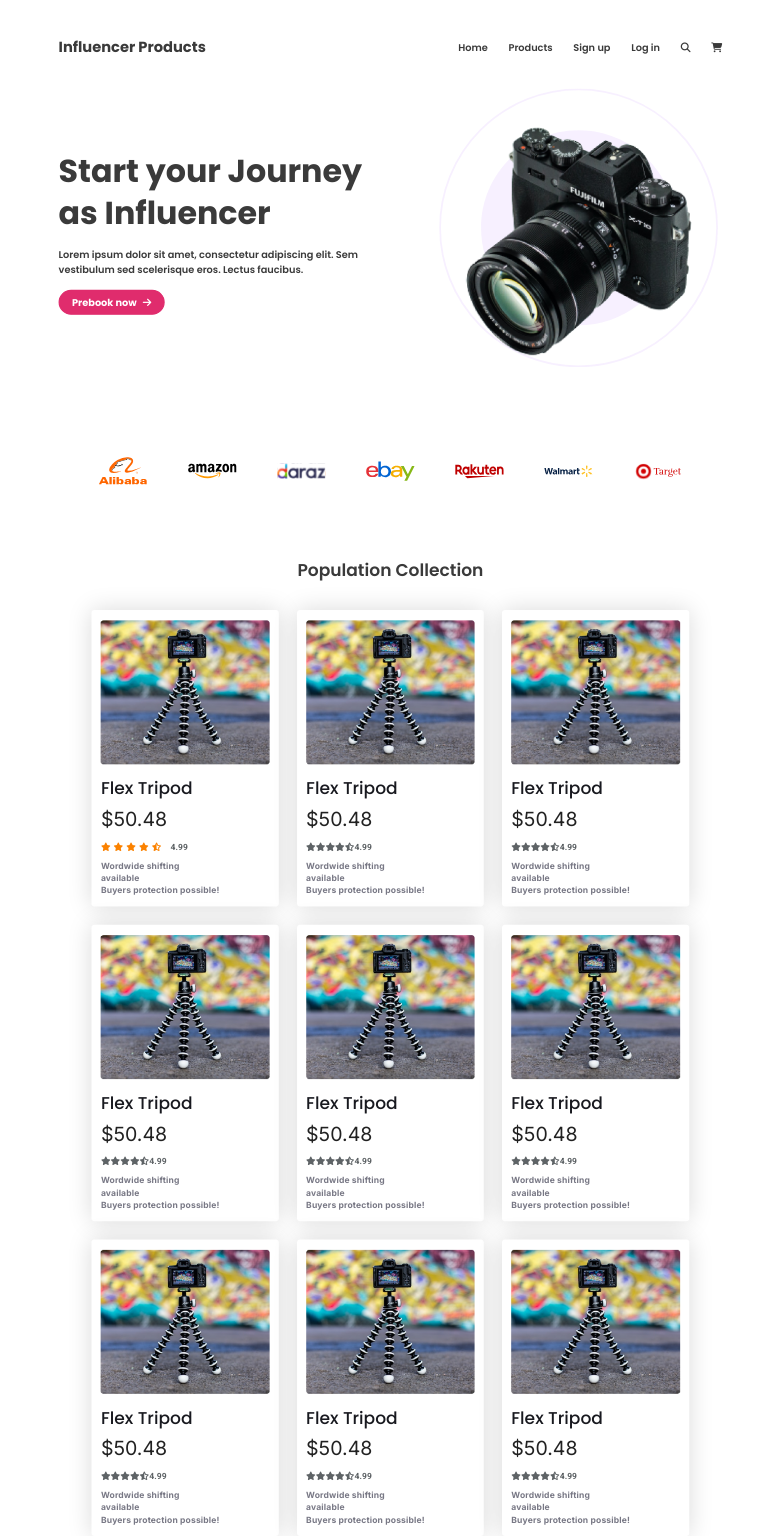
Repository: ShouravAhammed/Influencer-Gear-webpage
Page: index.html
An editor plug-in stored every save of this project. The page is shown before and after the next save, followed by the edit.
The browser window is 1280 px wide. The pictures show the whole page, at 61% of full size.
Some web libraries are served in a nearby version.

Above is the page before, as saved 2024-01-15 03:19:50.

### index.html
<!DOCTYPE html>
<html lang="en">
<head>
    <meta charset="UTF-8">
    <meta name="viewport" content="width=device-width, initial-scale=1.0">
    <!-- title -->
    <title>Influencer Gear</title>
    <!-- linked css -->
    <link rel="stylesheet" href="Style/style.css">
    <!-- fonts icon linked  -->
    <script src="https://kit.fontawesome.com/0d98d502eb.js" crossorigin="anonymous"></script>
</head>
<body>
    <!-- header part start-->
    <header class="header">
        <div class="container">
            <div class="navigation">
                <h3 class="nav-icon">Influencer Products</h3>
                <ul class="nav">
                    <li><a href="">Home</a></li>
                    <li><a href="">Products</a></li>
                    <li><a href="">Sign up</a></li>
                    <li><a href="">Log in</a></li>
                    <li><a href=""><i class="fa-solid fa-magnifying-glass"></i></a></li>
                    <li><a href=""><i class="fa-solid fa-cart-shopping"></i></a></li>
                </ul>
            </div>

            <!-- banner section part  -->
            <section id="banner">
                <div class="banner-content">
                    <h3 class="banner-title">Start your Journey as Influencer</h3>
                    <p class="banner-description">Lorem ipsum dolor sit amet, consectetur adipiscing elit. Sem vestibulum sed scelerisque eros. Lectus faucibus.</p>
                    <button class="primary-btn">Prebook now<i class="fa-solid fa-arrow-right right-arrow"></i></button>
                </div>
                <div class="banner-img">
                        <img src="images/main-camera.png" alt="camera-img">
                </div>
            </section>
            <!-- company section part -->
            <section id="company">
                <div class="company-img">
                    <img src="logos/Alibaba.svg" alt="company-img">
                    <img src="logos/Amazon.svg" alt="company-img">
                    <img src="logos/Daraz.pk Logo.svg" alt="company-img">
                    <img src="logos/Ebay.svg" alt="company-img">
                    <img src="logos/Rakuten.svg" alt="company-img">
                    <img src="logos/Walmart.svg" alt="company-img">
                    <img src="logos/Target.svg" alt="company-img">
                </div>
            </section>
        </div>
    </header>
    <!-- header part end -->
    <!-- main part start -->
    <main>
    <section id="population">
        <div class="container">
            <div class="collection-container">
                <h3 class="collection-title">Population Collection</h3>
                <div class="card-content-box">
                    <div class="card-content">
                        <img src="images/tripod.png" alt="">
                        <h3 class="card-title">Flex Tripod</h3>
                        <h4 class="card-price">$50.48</h4>
                        <h5 class="card-rating"><i class="fa-solid fa-star star"></i><i class="fa-solid fa-star star"></i><i class="fa-solid fa-star star"></i><i class="fa-solid fa-star star"></i><i class="fa-solid fa-star-half-stroke star"></i><span id="rate-point">4.99</span></h5>
                        <p class="card-description">Wordwide shifting <br> available <br>
                            Buyers protection possible!</p>
                    </div>
                    <div class="card-content">
                        <img src="images/tripod.png" alt="">
                        <h3 class="card-title">Flex Tripod</h3>
                        <h4 class="card-price">$50.48</h4>
                        <h5 class="card-rating"><i class="fa-solid fa-star"></i><i class="fa-solid fa-star"></i><i class="fa-solid fa-star"></i><i class="fa-solid fa-star"></i><i class="fa-solid fa-star-half-stroke"></i>4.99</h5>
                        <p class="card-description">Wordwide shifting <br> available <br>
                            Buyers protection possible!</p>
                    </div>
                    <div class="card-content">
                        <img src="images/tripod.png" alt="">
                        <h3 class="card-title">Flex Tripod</h3>
                        <h4 class="card-price">$50.48</h4>
                        <h5 class="card-rating"><i class="fa-solid fa-star"></i><i class="fa-solid fa-star"></i><i class="fa-solid fa-star"></i><i class="fa-solid fa-star"></i><i class="fa-solid fa-star-half-stroke"></i>4.99</h5>
                        <p class="card-description">Wordwide shifting <br> available <br>
                            Buyers protection possible!</p>
                    </div>
                    <div class="card-content">
                        <img src="images/tripod.png" alt="">
                        <h3 class="card-title">Flex Tripod</h3>
                        <h4 class="card-price">$50.48</h4>
                        <h5 class="card-rating"><i class="fa-solid fa-star"></i><i class="fa-solid fa-star"></i><i class="fa-solid fa-star"></i><i class="fa-solid fa-star"></i><i class="fa-solid fa-star-half-stroke"></i>4.99</h5>
                        <p class="card-description">Wordwide shifting <br> available <br>
                            Buyers protection possible!</p>
                    </div>
                    <div class="card-content">
                        <img src="images/tripod.png" alt="">
                        <h3 class="card-title">Flex Tripod</h3>
                        <h4 class="card-price">$50.48</h4>
                        <h5 class="card-rating"><i class="fa-solid fa-star"></i><i class="fa-solid fa-star"></i><i class="fa-solid fa-star"></i><i class="fa-solid fa-star"></i><i class="fa-solid fa-star-half-stroke"></i>4.99</h5>
                        <p class="card-description">Wordwide shifting <br> available <br>
                            Buyers protection possible!</p>
                    </div>
                    <div class="card-content">
                        <img src="images/tripod.png" alt="">
                        <h3 class="card-title">Flex Tripod</h3>
                        <h4 class="card-price">$50.48</h4>
                        <h5 class="card-rating"><i class="fa-solid fa-star"></i><i class="fa-solid fa-star"></i><i class="fa-solid fa-star"></i><i class="fa-solid fa-star"></i><i class="fa-solid fa-star-half-stroke"></i>4.99</h5>
                        <p class="card-description">Wordwide shifting <br> available <br>
                            Buyers protection possible!</p>
                    </div>
                    <div class="card-content">
                        <img src="images/tripod.png" alt="">
                        <h3 class="card-title">Flex Tripod</h3>
                        <h4 class="card-price">$50.48</h4>
                        <h5 class="card-rating"><i class="fa-solid fa-star"></i><i class="fa-solid fa-star"></i><i class="fa-solid fa-star"></i><i class="fa-solid fa-star"></i><i class="fa-solid fa-star-half-stroke"></i>4.99</h5>
                        <p class="card-description">Wordwide shifting <br> available <br>
                            Buyers protection possible!</p>
                    </div>
                    <div class="card-content">
                        <img src="images/tripod.png" alt="">
                        <h3 class="card-title">Flex Tripod</h3>
                        <h4 class="card-price">$50.48</h4>
                        <h5 class="card-rating"><i class="fa-solid fa-star"></i><i class="fa-solid fa-star"></i><i class="fa-solid fa-star"></i><i class="fa-solid fa-star"></i><i class="fa-solid fa-star-half-stroke"></i>4.99</h5>
                        <p class="card-description">Wordwide shifting <br> available <br>
                            Buyers protection possible!</p>
                    </div>
                    <div class="card-content">
                        <img src="images/tripod.png" alt="">
                        <h3 class="card-title">Flex Tripod</h3>
                        <h4 class="card-price">$50.48</h4>
                        <h5 class="card-rating"><i class="fa-solid fa-star"></i><i class="fa-solid fa-star"></i><i class="fa-solid fa-star"></i><i class="fa-solid fa-star"></i><i class="fa-solid fa-star-half-stroke"></i>4.99</h5>
                        <p class="card-description">Wordwide shifting <br> available <br>
                            Buyers protection possible!</p>
                    </div>
                </div>
            </div>
        </div>
    </section>
    </main>
    <!-- main part end -->
    <!-- footer part start-->
    <footer>

    </footer>
    <!-- footer part end -->
</body>
</html>

### Style/style.css
/*  Import fonts from google fonts */
@import url('https://fonts.googleapis.com/css2?family=Inter:wght@400;700&family=Manrope:wght@700&family=Poppins:ital,wght@0,300;0,400;0,500;0,600;0,700;0,800;0,900;1,200;1,300;1,400;1,500;1,600;1,700;1,800;1,900&family=Roboto:wght@700&display=swap');

/* all body measuring manually */
*{
    margin: 0;
    padding: 0;
    outline: 0;
    box-sizing: border-box;
}
body{
    font-family: 'Inter', sans-serif;
    font-family: 'Manrope', sans-serif;
    font-family: 'Poppins', sans-serif;
    font-family: 'Roboto', sans-serif;
}

/* root color and fonts */
:root{
    --primary-color:#E02C6D;
    --color: #3A3A3A;
    --card-title-color: #18191F;
    --card-price-Color: rgba(0, 0, 0, 0.87);
    --card-description-color: #787885;
    --card-rating-color:#FB8200;
}
/* container */
.container{
    width: 85%;
    margin: 0 auto;
}
/* primary button */
.primary-btn{
    color: #FFF;
    background-color: var(--primary-color);
    font-family: Poppins;
    font-size: 1rem;
    font-weight: 700;
    padding: 6px 20px;
    border: 2px solid var(--primary-color);
    border-radius: 41px;
    margin-top: 20px;
}
.right-arrow{
    padding-left: 10px;
}
/* header part css style */
.header{
    margin: 60px 0 100px 0;
}
/* navigation part css style */
.navigation{
    display: flex;
    justify-content: space-between;
    align-items: center;
    margin-bottom: 50px;
}
.nav-icon{
    color: var(--color);
    font-feature-settings: 'clig' off, 'liga' off;
    font-family: Poppins;
    font-size: 1.5rem;
    font-weight: 700;
}
.navigation > .nav{
    display: flex;
    gap: 34px;
}
.nav li{
    list-style: none;
}
.nav li a{
    color: #3A3A3A;
    font-feature-settings: 'clig' off, 'liga' off;
    font-family: Poppins;
    font-size: 1rem;
    font-weight: 600;
    text-decoration: none;
}
/* banner section css style */

#banner{
    display: flex;
    gap: 80px;
}
.banner-content{
    margin-top: 100px;
    width: 50%;
}
.banner-title{
    color: var(--color);
    font-family: Poppins;
    font-size: 52px;
    font-weight: 700;
    line-height: 70px;
    padding-bottom: 20px;
}
.banner-description{
    color: var(--color);
    font-family: Poppins;
    font-size: 1rem;
    font-weight: 600;
}
.banner-img{
    background-image: url(../images/Circle\ design.svg);
    height: 600px;
    width: 42%;
    background-position: top right;
    background-repeat: no-repeat;
    background-size: contain;
}
.banner-img img {
    position: relative;
    width: 444px;
    left: 13px;
    top: 40px;
}
/* company section css style */
.company-img{
    display: flex;
    justify-content: space-evenly;
    align-items: center;
}
.company-img img{
    width: 80px;
    height: 55px;
    transition: all ease 0.5s;
}
.company-img img:hover{
    filter: grayscale(1);
    transform: scale(1.5);
}

/* population collection section css style */
#population{

}
.collection-container .collection-title{
    color: var(--color);
    font-family: Poppins;
    font-size: 28px;
    font-weight: 600;
    line-height: 70px;
    text-align: center;
    margin-bottom: 30px;
}
.card-content-box{
    display: grid;
    grid-template-columns: repeat(3, 1fr);
    gap: 30px;
    width: 90%;
    margin: 0 auto;
}
.card-content{
    border-radius: 5px;
    background: #FFF;
    box-shadow: 0px 0px 40px 0px rgba(0, 0, 0, 0.15);
    padding: 17px 15px;
    transition: all ease 0.5s;
}
.card-content:hover{
    box-shadow: 0px 0px 25px 0px var(--primary-color);
}
.card-content img{
    width: 100%;
}
.card-content .card-title{
    color: var(--card-title-color);
    font-family: Poppins;
    font-size: 28px;
    font-weight: 500;
    line-height: 40px;
    margin-top: 16px;
    margin-bottom: 6px;
}
.card-content .card-price{
    color: var(--card-price-Color);
    font-family: Inter;
    font-size: 2rem;
    font-weight: 400;
    line-height: 150%;
}
.card-content .card-rating{
    color: #5E6366;
    font-family: Roboto;
    font-size: 14px;
    font-weight: 700;
    line-height: 22px;
    letter-spacing: 0.1px;
    margin: 10px 0;
}
.card-rating .star{
    color: var(--card-rating-color);
    margin-right: 5px;
}
#rate-point{
    padding-left: 10px;
}
.card-content .card-description{
    color: var(--card-description-color);
    font-family: Inter;
    font-size: 14px;
    font-weight: 700;
    line-height: 143%;
    letter-spacing: 0.252px;
}










@media only screen and (max-width: 576px){

    .navigation{
        flex-direction: column;
    }
    #banner{
        flex-direction: column-reverse;
        gap: 20px;
    }
    .banner-content{
        width: 100%;
        text-align: center;
        margin-top: 0;
    }
    .banner-title{
        font-size: 2rem;
        line-height: normal;
    }
    .banner-img {
        height: 100%;
        width: 100%;
        background-position: center;
    }
    .banner-img img {
        width: 100%;
        left: 13px;
        top: 5px;
    }



    #company{
        margin-top: 50px;
    }
    .company-img {
        gap: 10px;
        flex-wrap: wrap;
    }
    .company-img img{
        width: 20%
    }

}

After the next save:
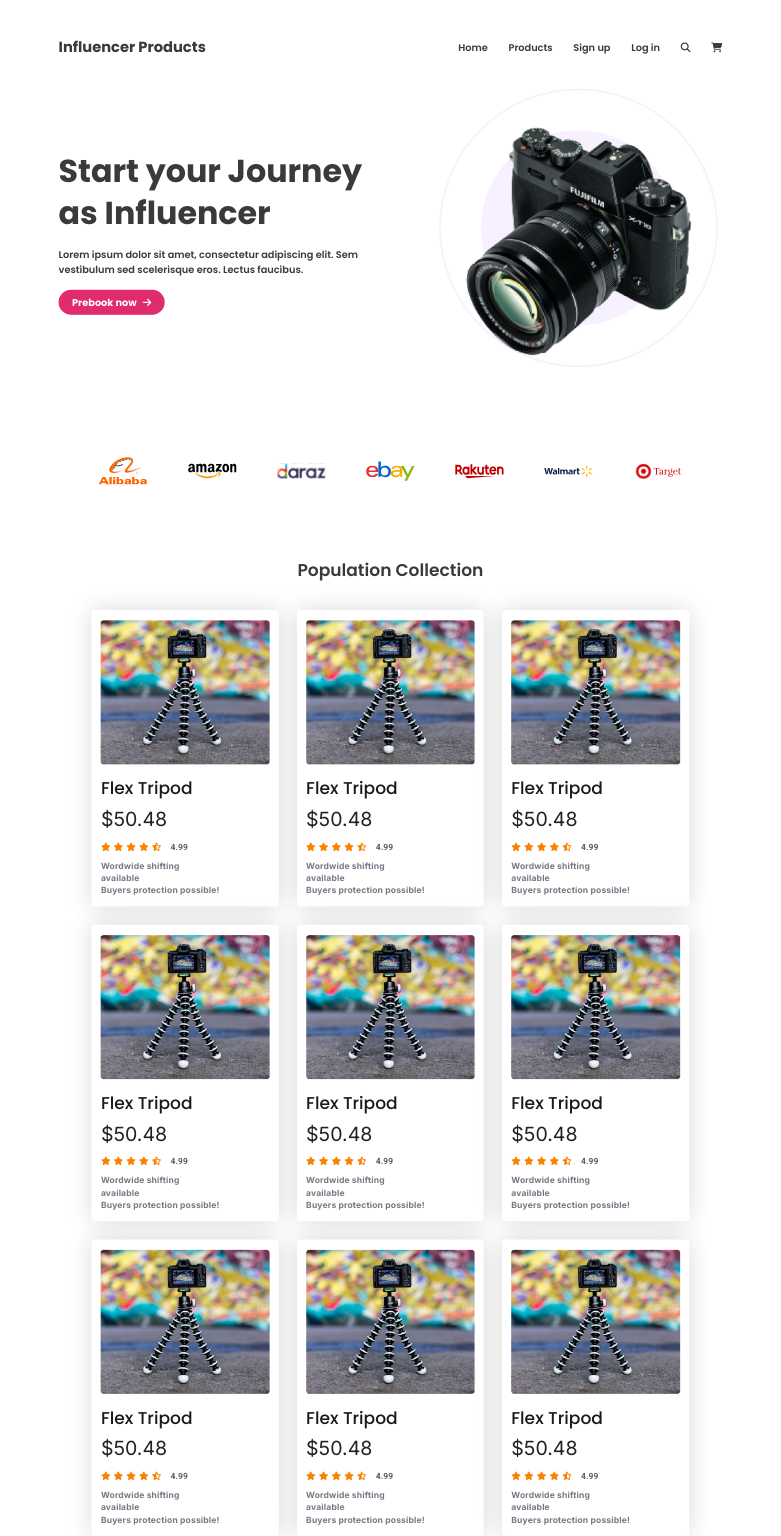
Saved 77 s later.
--- a/index.html
+++ b/index.html
@@ -71,7 +71,7 @@
                         <img src="images/tripod.png" alt="">
                         <h3 class="card-title">Flex Tripod</h3>
                         <h4 class="card-price">$50.48</h4>
-                        <h5 class="card-rating"><i class="fa-solid fa-star"></i><i class="fa-solid fa-star"></i><i class="fa-solid fa-star"></i><i class="fa-solid fa-star"></i><i class="fa-solid fa-star-half-stroke"></i>4.99</h5>
+                        <h5 class="card-rating"><i class="fa-solid fa-star star"></i><i class="fa-solid fa-star star"></i><i class="fa-solid fa-star star"></i><i class="fa-solid fa-star star"></i><i class="fa-solid fa-star-half-stroke star"></i><span id="rate-point">4.99</span></h5>
                         <p class="card-description">Wordwide shifting <br> available <br>
                             Buyers protection possible!</p>
                     </div>
@@ -79,7 +79,7 @@
                         <img src="images/tripod.png" alt="">
                         <h3 class="card-title">Flex Tripod</h3>
                         <h4 class="card-price">$50.48</h4>
-                        <h5 class="card-rating"><i class="fa-solid fa-star"></i><i class="fa-solid fa-star"></i><i class="fa-solid fa-star"></i><i class="fa-solid fa-star"></i><i class="fa-solid fa-star-half-stroke"></i>4.99</h5>
+                        <h5 class="card-rating"><i class="fa-solid fa-star star"></i><i class="fa-solid fa-star star"></i><i class="fa-solid fa-star star"></i><i class="fa-solid fa-star star"></i><i class="fa-solid fa-star-half-stroke star"></i><span id="rate-point">4.99</span></h5>
                         <p class="card-description">Wordwide shifting <br> available <br>
                             Buyers protection possible!</p>
                     </div>
@@ -87,7 +87,7 @@
                         <img src="images/tripod.png" alt="">
                         <h3 class="card-title">Flex Tripod</h3>
                         <h4 class="card-price">$50.48</h4>
-                        <h5 class="card-rating"><i class="fa-solid fa-star"></i><i class="fa-solid fa-star"></i><i class="fa-solid fa-star"></i><i class="fa-solid fa-star"></i><i class="fa-solid fa-star-half-stroke"></i>4.99</h5>
+                        <h5 class="card-rating"><i class="fa-solid fa-star star"></i><i class="fa-solid fa-star star"></i><i class="fa-solid fa-star star"></i><i class="fa-solid fa-star star"></i><i class="fa-solid fa-star-half-stroke star"></i><span id="rate-point">4.99</span></h5>
                         <p class="card-description">Wordwide shifting <br> available <br>
                             Buyers protection possible!</p>
                     </div>
@@ -95,7 +95,7 @@
                         <img src="images/tripod.png" alt="">
                         <h3 class="card-title">Flex Tripod</h3>
                         <h4 class="card-price">$50.48</h4>
-                        <h5 class="card-rating"><i class="fa-solid fa-star"></i><i class="fa-solid fa-star"></i><i class="fa-solid fa-star"></i><i class="fa-solid fa-star"></i><i class="fa-solid fa-star-half-stroke"></i>4.99</h5>
+                        <h5 class="card-rating"><i class="fa-solid fa-star star"></i><i class="fa-solid fa-star star"></i><i class="fa-solid fa-star star"></i><i class="fa-solid fa-star star"></i><i class="fa-solid fa-star-half-stroke star"></i><span id="rate-point">4.99</span></h5>
                         <p class="card-description">Wordwide shifting <br> available <br>
                             Buyers protection possible!</p>
                     </div>
@@ -103,7 +103,7 @@
                         <img src="images/tripod.png" alt="">
                         <h3 class="card-title">Flex Tripod</h3>
                         <h4 class="card-price">$50.48</h4>
-                        <h5 class="card-rating"><i class="fa-solid fa-star"></i><i class="fa-solid fa-star"></i><i class="fa-solid fa-star"></i><i class="fa-solid fa-star"></i><i class="fa-solid fa-star-half-stroke"></i>4.99</h5>
+                        <h5 class="card-rating"><i class="fa-solid fa-star star"></i><i class="fa-solid fa-star star"></i><i class="fa-solid fa-star star"></i><i class="fa-solid fa-star star"></i><i class="fa-solid fa-star-half-stroke star"></i><span id="rate-point">4.99</span></h5>
                         <p class="card-description">Wordwide shifting <br> available <br>
                             Buyers protection possible!</p>
                     </div>
@@ -111,7 +111,7 @@
                         <img src="images/tripod.png" alt="">
                         <h3 class="card-title">Flex Tripod</h3>
                         <h4 class="card-price">$50.48</h4>
-                        <h5 class="card-rating"><i class="fa-solid fa-star"></i><i class="fa-solid fa-star"></i><i class="fa-solid fa-star"></i><i class="fa-solid fa-star"></i><i class="fa-solid fa-star-half-stroke"></i>4.99</h5>
+                        <h5 class="card-rating"><i class="fa-solid fa-star star"></i><i class="fa-solid fa-star star"></i><i class="fa-solid fa-star star"></i><i class="fa-solid fa-star star"></i><i class="fa-solid fa-star-half-stroke star"></i><span id="rate-point">4.99</span></h5>
                         <p class="card-description">Wordwide shifting <br> available <br>
                             Buyers protection possible!</p>
                     </div>
@@ -119,7 +119,7 @@
                         <img src="images/tripod.png" alt="">
                         <h3 class="card-title">Flex Tripod</h3>
                         <h4 class="card-price">$50.48</h4>
-                        <h5 class="card-rating"><i class="fa-solid fa-star"></i><i class="fa-solid fa-star"></i><i class="fa-solid fa-star"></i><i class="fa-solid fa-star"></i><i class="fa-solid fa-star-half-stroke"></i>4.99</h5>
+                        <h5 class="card-rating"><i class="fa-solid fa-star star"></i><i class="fa-solid fa-star star"></i><i class="fa-solid fa-star star"></i><i class="fa-solid fa-star star"></i><i class="fa-solid fa-star-half-stroke star"></i><span id="rate-point">4.99</span></h5>
                         <p class="card-description">Wordwide shifting <br> available <br>
                             Buyers protection possible!</p>
                     </div>
@@ -127,7 +127,7 @@
                         <img src="images/tripod.png" alt="">
                         <h3 class="card-title">Flex Tripod</h3>
                         <h4 class="card-price">$50.48</h4>
-                        <h5 class="card-rating"><i class="fa-solid fa-star"></i><i class="fa-solid fa-star"></i><i class="fa-solid fa-star"></i><i class="fa-solid fa-star"></i><i class="fa-solid fa-star-half-stroke"></i>4.99</h5>
+                        <h5 class="card-rating"><i class="fa-solid fa-star star"></i><i class="fa-solid fa-star star"></i><i class="fa-solid fa-star star"></i><i class="fa-solid fa-star star"></i><i class="fa-solid fa-star-half-stroke star"></i><span id="rate-point">4.99</span></h5>
                         <p class="card-description">Wordwide shifting <br> available <br>
                             Buyers protection possible!</p>
                     </div>
